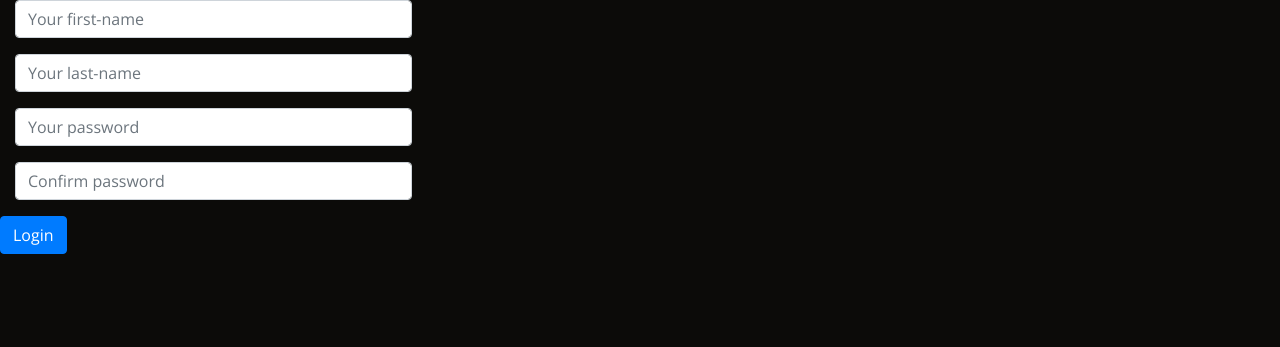
Repository: Amalraveendran/Amal
Page: http://localhost/cakehub/deliveryPartner.jsp
These files come from the project's save history. The page is drawn as it stood at one moment and after the next save; the edit follows.
The browser window is 1280 px wide. The pictures show the whole page.
Some web fonts or font styles are not loaded; a fallback is used. The page is served by Tomcat 9.

Above is the page before, as saved 2021-01-30 07:21:06.

After the next save:
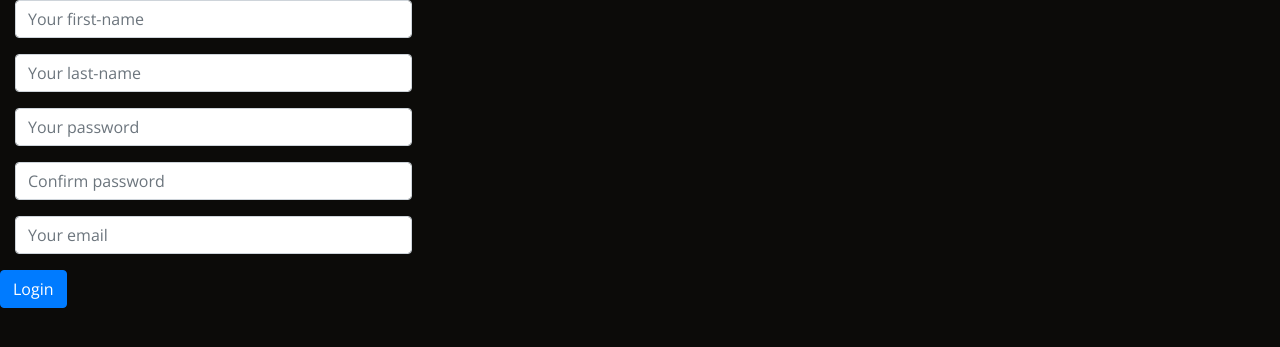
Saved 55 s later.
--- a/Eclipse Workspace/cakehub/WebContent/deliveryPartner.jsp
+++ b/Eclipse Workspace/cakehub/WebContent/deliveryPartner.jsp
@@ -30,20 +30,24 @@
 <form action="DeliveryPartnerDao" >
 
             <div class="col-lg-4 col-md-6 form-group">
-              <input type="text" class="form-control" name="fname" id="uname" placeholder="Your first-name" data-rule="email" data-msg="Please enter a valid email">
+              <input type="text" class="form-control" name="fname" id="fname" placeholder="Your first-name" data-rule="email" data-msg="Please enter a valid email">
 
             </div>
              <div class="col-lg-4 col-md-6 form-group">
-              <input type="text" class="form-control" name="lname" id="uname" placeholder="Your last-name" data-rule="email" data-msg="Please enter a valid email">
+              <input type="text" class="form-control" name="lname" id="lname" placeholder="Your last-name" data-rule="email" data-msg="Please enter a valid email">
 
             </div>
             <div class="col-lg-4 col-md-6 form-group">
               <input type="password" class="form-control" name="pwd" id="pwd" placeholder="Your password" data-rule="minlen:4" data-msg="Please enter at least 4 chars">
 			</div>
 			 <div class="col-lg-4 col-md-6 form-group">
-              <input type="password" class="form-control" name="pwd" id="pwd" placeholder="Confirm password" data-rule="minlen:4" data-msg="Please enter at least 4 chars">
+              <input type="password" class="form-control" name="pwd" id="cpwd" placeholder="Confirm password" data-rule="minlen:4" data-msg="Please enter at least 4 chars">
 			</div>
 
+			  <div class="col-lg-4 col-md-6 form-group">
+              <input type="email" class="form-control" name="uname" id="email" placeholder="Your email" data-rule="email" data-msg="Please enter a valid email">
+
+            </div>
 
 
             <input type="submit" class="btn btn-primary" value="Login">
